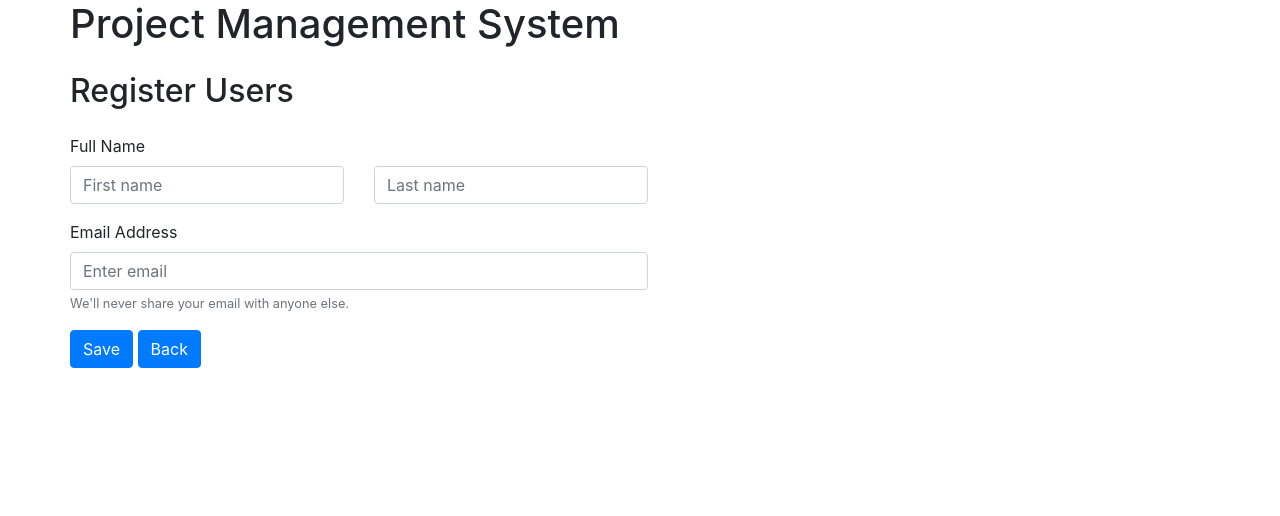
Repository: ajmins/Project-Management-System
Page: http://localhost/addPerson
These files come from the project's save history. The page is drawn as it stood at one moment and after the next save; the edit follows.
The browser window is 1280 px wide. The pictures show the whole page.
The page is this project's Thymeleaf template; nobody is signed in. The template is opened directly, without the code that normally fills it, so the values that code supplies are empty.

Above is the page before, as saved 2023-01-06 05:55:44.

After the next save:
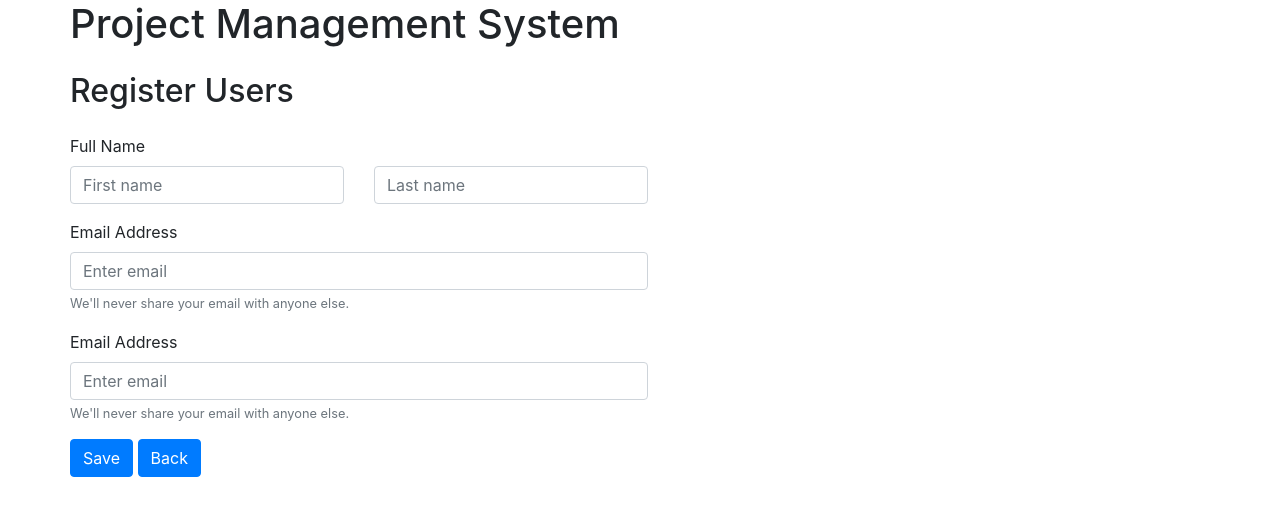
Saved 51 s later.
--- a/ProjectManagement/src/main/resources/templates/addPerson.html
+++ b/ProjectManagement/src/main/resources/templates/addPerson.html
@@ -38,6 +38,11 @@
 		    <input type="email" th:field="*{emailID}" class="form-control" id="exampleInputEmail1" aria-describedby="emailHelp" placeholder="Enter email">
 		    <small id="emailHelp" class="form-text text-muted">We'll never share your email with anyone else.</small>
 		  </div>
+		  <div class="form-group">
+		    <label for="exampleInputEmail1">Email Address</label>
+		    <input type="email" th:field="*{emailID}" class="form-control" id="exampleInputEmail1" aria-describedby="emailHelp" placeholder="Enter email">
+		    <small id="emailHelp" class="form-text text-muted">We'll never share your email with anyone else.</small>
+		  </div>
 
 
 		  <button type="submit" class="btn btn-primary">Save</button>
